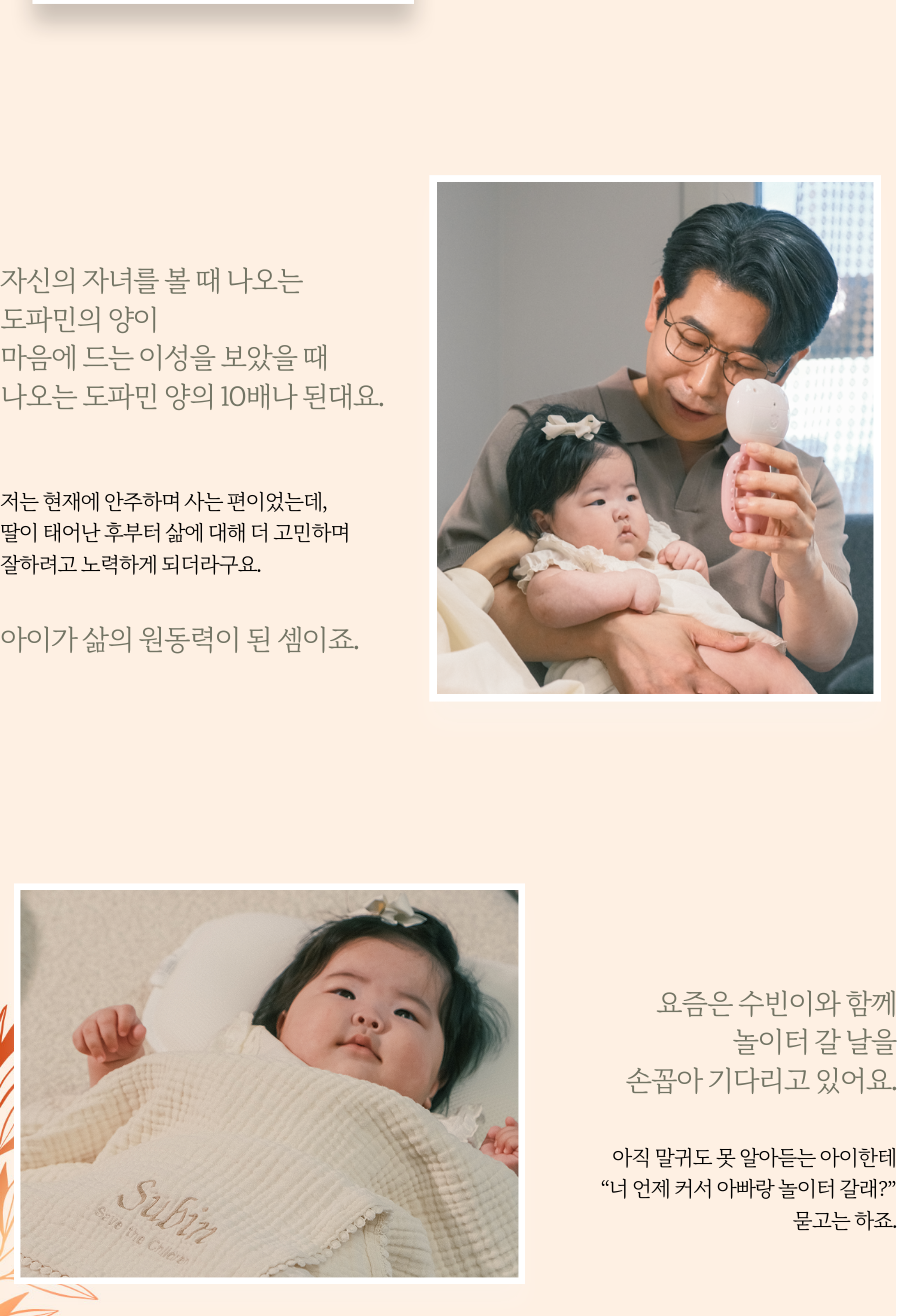
Repository: dlgywls1130/saveTheChildren
Page: index.html
These files come from the project's save history. The page is drawn as it stood at one moment and after the next save; the edit follows.
The browser window is 1280 px wide. The page is 1293 px wide, so the pictures cover 1293 px, including what lies to the right of the window. The pictures show the part of the page from y = 3793 to 5673 px (the page is 10734 px tall before and 10799 px after), at 70% of full size.
Some web fonts or font styles are not loaded; a fallback is used. The style sheet was rebuilt from its Sass, Less or Tailwind sources for each picture, by a compiler version that may differ from the author's.

Above is the page before, as saved 2024-11-01 22:49:39.

After the next save:
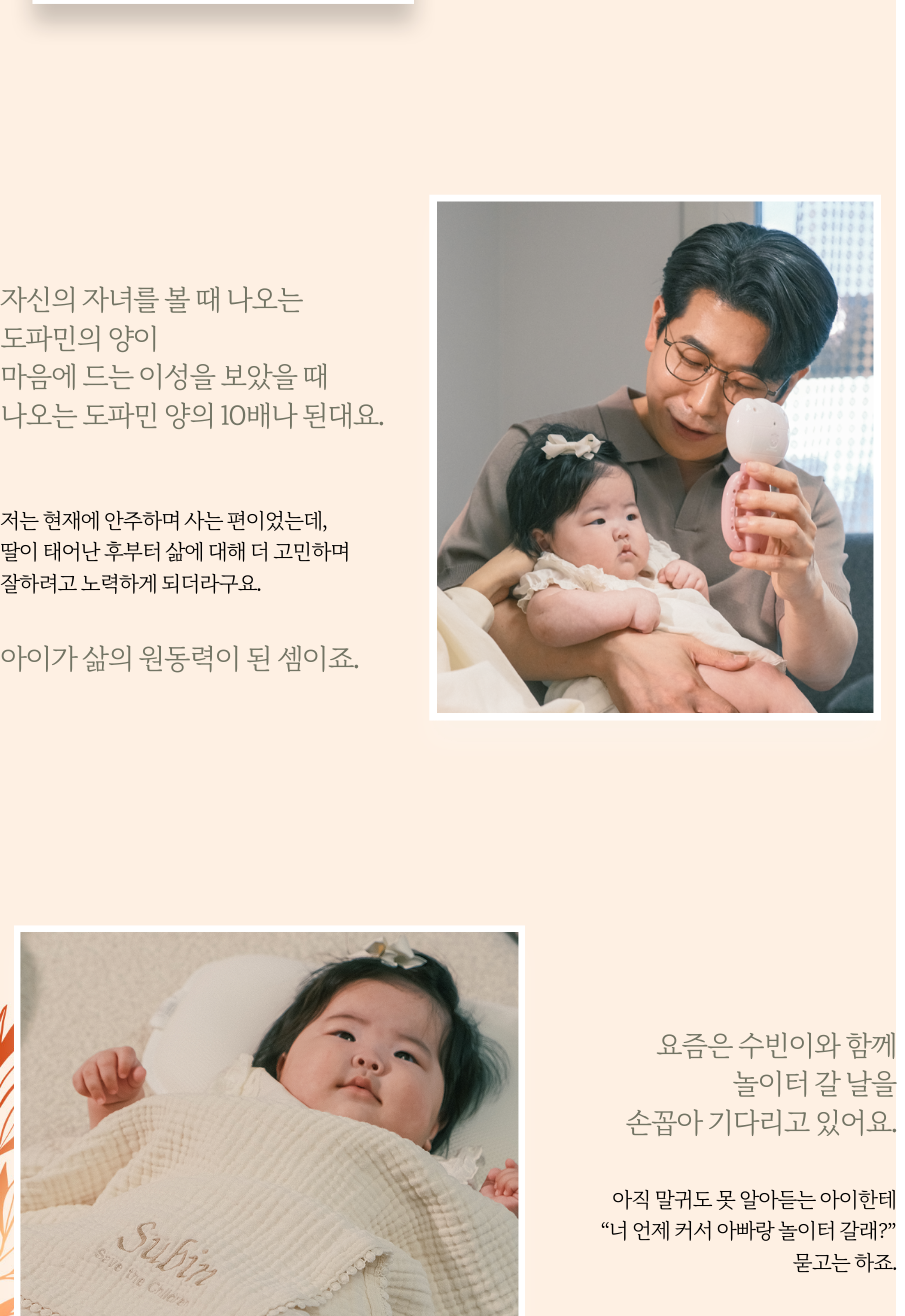
Saved 79 s later.
--- a/index.html
+++ b/index.html
@@ -75,7 +75,7 @@
                     <div class="story_image">
                         <img src="/images/s2_1.png" alt="stroy">
                     </div>
-                    <div class="story_text-contain">
+                    <div class="story_text-contain py-150">
                         <p class="story_text_01 mb-50">
                             아이가 태어나고 많은 것이 바뀌었습니다.
                         </p>
@@ -98,7 +98,7 @@
 
             <div class="story_03 mb-200">
                 <div class="story_03_01">
-                    <div class="story_text-contain">
+                    <div class="story_text-contain py-150">
                         <p class="story_text_01 mb-100">
                             자신의 자녀를 볼 때 나오는
                             <br>도파민의 양이
@@ -132,7 +132,7 @@
                         <img src="/images/s4_1.png" alt="stroy">
                     </div>
 
-                    <div class="story_text-contain">
+                    <div class="story_text-contain py-150">
                         <p class="story_text_01 mb-60">
                             요즘은 수빈이와 함께
                             <br>놀이터 갈 날을
